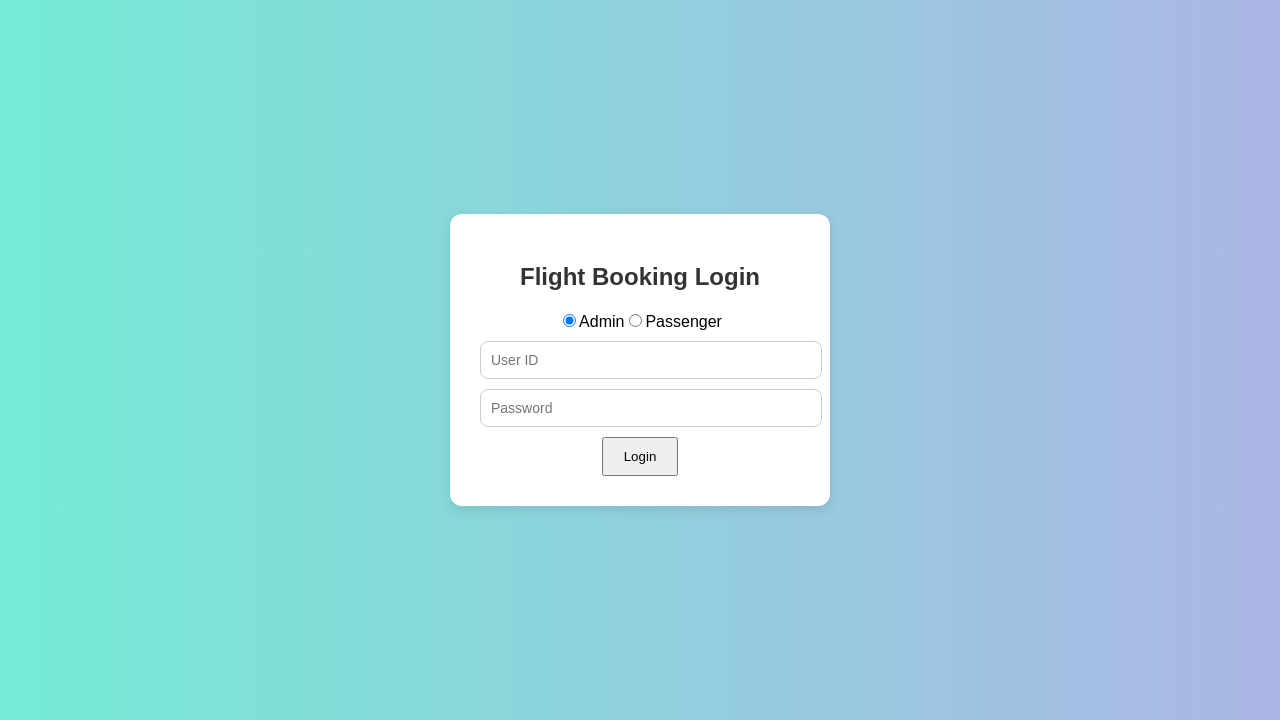
Repository: Shenes35/Booking-system
Page: / (app in frontend/)
An editor plug-in stored every save of this project. The page is shown before and after a run of saves, followed by the edit.
The browser window is 1280 px wide. The pictures show the whole page.
The project was rebuilt for these pictures with package versions that can differ from the ones it lists, and the page was loaded fresh each time.

Above is the page before, as saved 2025-05-19 10:37:45.

### frontend/src/index.js
import React from 'react';
import ReactDOM from 'react-dom/client';
import './index.css';
import App from './App.jsx';       // ONLY one import of App
import reportWebVitals from './reportWebVitals';

const root = ReactDOM.createRoot(document.getElementById('root'));
root.render(
  <React.StrictMode>
    <App />
  </React.StrictMode>
);

reportWebVitals();

### frontend/src/App.jsx
import React, { useState } from 'react';
import LoginPage from './components/LoginPage';

const App = () => {
  const [userRole, setUserRole] = useState(null);

  if (!userRole) {
    return <LoginPage setUserRole={setUserRole} />;
  }

  return (
    <div>
      <h1>Welcome, {userRole}!</h1>
      {/* Add more UI or navigation here */}
    </div>
  );
};

export default App;

### frontend/src/components/LoginPage.jsx
import React, { useState } from 'react';

const LoginPage = ({ setUserRole }) => {
  const [role, setRole] = useState('admin');
  const [userId, setUserId] = useState('');
  const [password, setPassword] = useState('');

  const handleSubmit = (e) => {
    e.preventDefault();
    if (!userId || !password) {
      alert('Please enter User ID and Password');
      return;
    }
    setUserRole(role);
  };

  return (
    <div style={styles.container}>
      <div style={styles.card}>
        <h2 style={styles.title}>Flight Booking Login</h2>
        <form onSubmit={handleSubmit}>
            <div>
            <label>
                <input type="radio" value="admin" checked={role === 'admin'} onChange={() => setRole('admin')} />
                Admin
            </label>
            <label style={styles.radioLabel}>
                <input type="radio" value="passenger" checked={role === 'passenger'} onChange={() => setRole('passenger')} />
                Passenger
            </label>
            </div>
            <input
                type="text"
                placeholder="User ID"
                value={userId}
                onChange={(e) => setUserId(e.target.value)}
                style={styles.input}
            />
            <input
                type="password"
                placeholder="Password"
                value={password}
                onChange={(e) => setPassword(e.target.value)}
                style={styles.input}
            />
            <button type="submit" style={{ padding: '10px 20px' }}>Login</button>
        </form>
        </div>
    </div>
  );
};
const styles = {
  container: {
    display: 'flex',
    justifyContent: 'center',
    alignItems: 'center',
    height: '100vh',
    background: 'linear-gradient(to right, #74ebd5, #ACB6E5)',
    fontFamily: 'Arial, sans-serif',
  },
  card: {
    padding: '30px',
    borderRadius: '12px',
    backgroundColor: '#ffffff',
    boxShadow: '0 4px 12px rgba(0, 0, 0, 0.1)',
    minWidth: '320px',
    textAlign: 'center',
  },
  title: {
    marginBottom: '20px',
    color: '#333',
  },
  roleSelection: {
    display: 'flex',
    justifyContent: 'center',
    gap: '20px',
    marginBottom: '20px',
  },
  radioLabel: {
    fontSize: '16px',
  },
  input: {
    display: 'block',
    width: '100%',
    padding: '10px',
    margin: '10px 0',
    border: '1px solid #ccc',
    borderRadius: '8px',
    fontSize: '14px',
  },
  button: {
    backgroundColor: '#4CAF50',
    color: '#fff',
    padding: '12px 20px',
    border: 'none',
    borderRadius: '8px',
    cursor: 'pointer',
    fontSize: '16px',
    marginTop: '10px',
    transition: 'background-color 0.3s ease',
  },
};

export default LoginPage;

Loaded but not shown: frontend/public/index.html (common file); frontend/src/index.css (common file); frontend/src/reportWebVitals.js (common file)

After the next 2 saves:
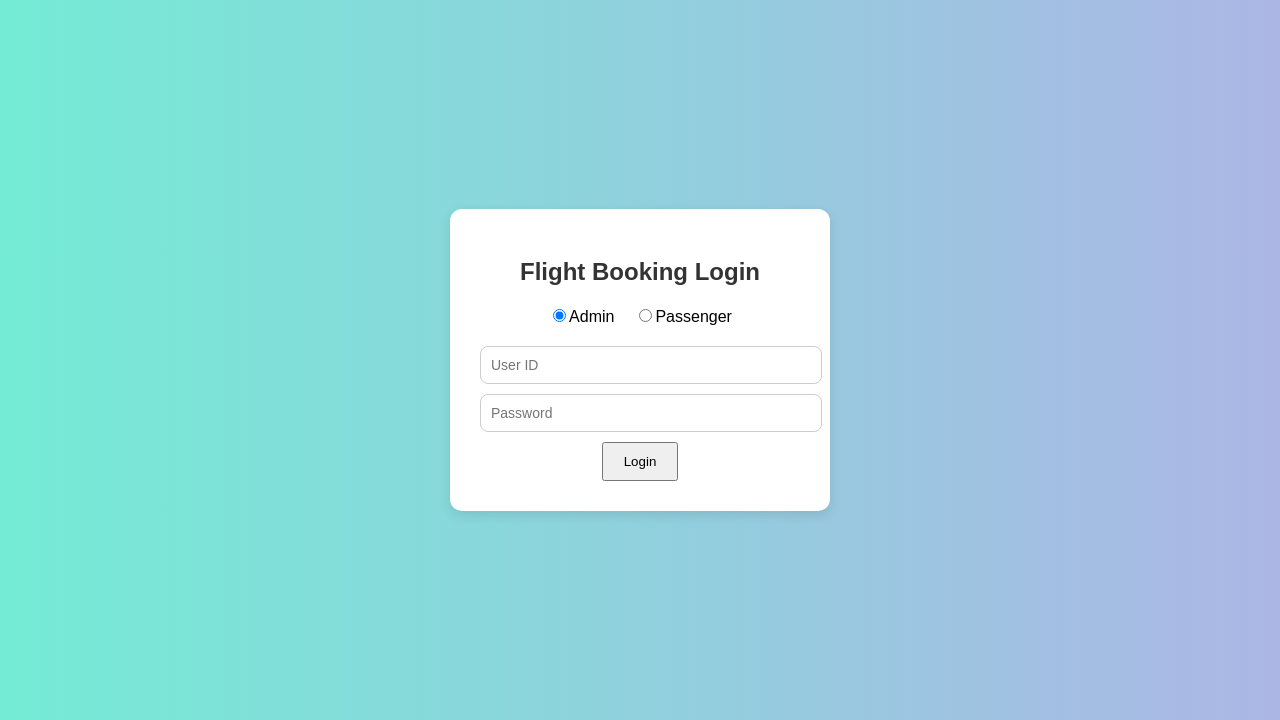
The 2 saves are shown as one change because 1 did not build or start.
The last was saved 15 s later.
--- a/frontend/src/components/LoginPage.jsx
+++ b/frontend/src/components/LoginPage.jsx
@@ -19,7 +19,7 @@ const LoginPage = ({ setUserRole }) => {
       <div style={styles.card}>
         <h2 style={styles.title}>Flight Booking Login</h2>
         <form onSubmit={handleSubmit}>
-            <div>
+            <div style={styles.roleSelection}>
             <label>
                 <input type="radio" value="admin" checked={role === 'admin'} onChange={() => setRole('admin')} />
                 Admin
